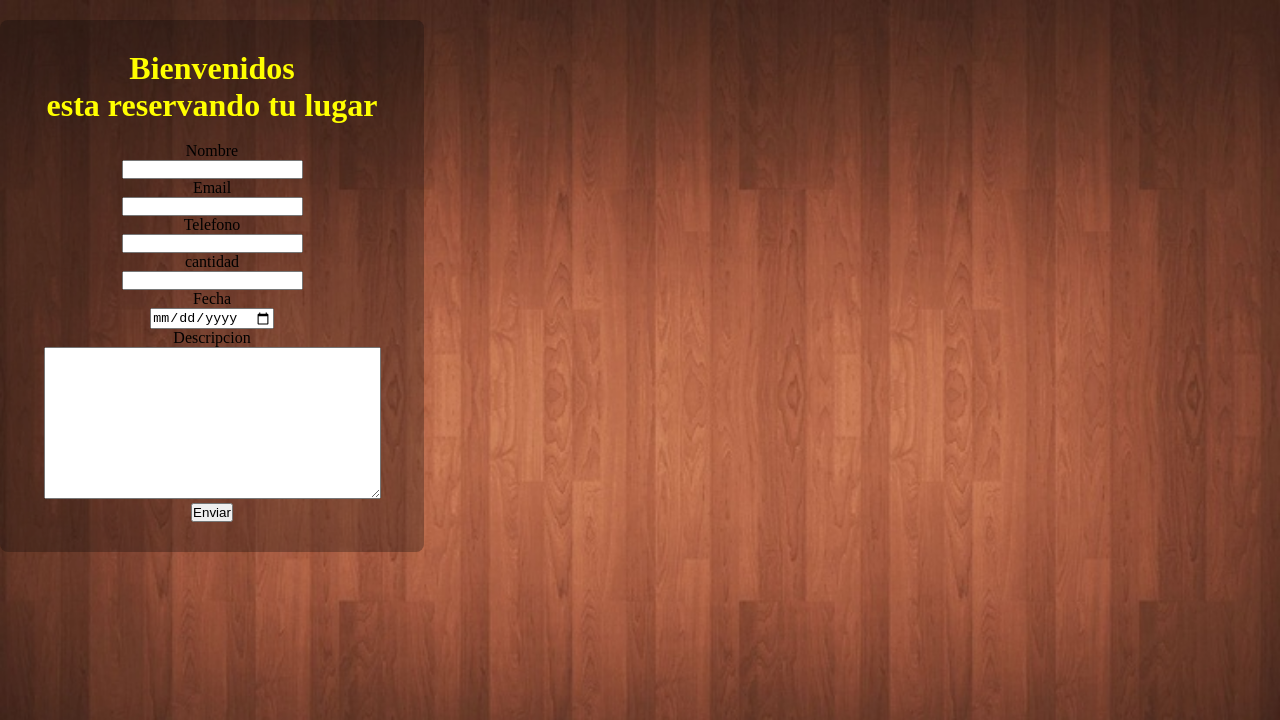
Repository: ye909/aplicacion_restaurante
Page: public/templeis/reserva.html
The author's editor kept a copy of each file at every save. The page is drawn from the files as they stood at one save, then again after the next save.
The browser window is 1280 px wide. The pictures show the whole page.

Above is the page before, as saved 2024-10-30 22:46:33.

### public/templeis/reserva.html
<!DOCTYPE html>
<html lang="en">

<head>
    <meta charset="UTF-8">
    <meta name="viewport" content="width=device-width, initial-scale=1.0">
    <link rel="stylesheet" href="../css/reserva.css">
    <title>Document</title>
</head>

<body>


    <div class="container">


        <div class="container_rererva">

            <form action="">
                <h1>Bienvenidos <br>esta reservando tu lugar</h1><br>
                <label for="">Nombre </label><br>
                <input type="text" required>

                <br>
                <label for="">Email<br>
                    <input type="text">
                </label>
                <br>
                <label for="">Telefono<br>
                    <input type="text" required>
                </label>
                <br>
                <label for="">cantidad<br>
                    <input type="number">
                </label>
                <br>
                <label for="">Fecha<br>
                    <input type="date">
                </label>
                <br>
                <label for="">Descripcion<br>
                    <textarea name="" id="" cols="40" rows="10"></textarea>
                </label>
                <br>

                <button class="submit-button">Enviar</button>
            </form>
        </div>
    </div>

</body>

</html>

### public/css/reserva.css


*{
    margin: 0;
    padding: 0;
}
    body{
    background-image:url(/public/imagen/fondo_card.jpg);
    background-repeat:no-repeat;
    box-sizing:border-box;
    background-attachment: fixed;
    background-size:100%;
}
.container {
  margin-top: 20px;
  width: 30%;
  background-color: white;
  padding: 20px;
  border-radius: 8px;
  background:rgba(14, 13, 13,0.3);
  /* display: none; */
}
.container_rererva{
  text-align: center;
  padding: 10px;
}

h1{
  color:yellow;
}






textarea {
  resize: vertical;
}







/* .container_fondo{

    display: flex;
    justify-content: space-around;
    align-items: center;
    flex-direction: row;
    flex-wrap: wrap;
    margin-right: 20px;
    }

  .title {
    text-align: center;
    font-size: 24px;
    margin-bottom: 20px;
  }

  .form-group {
    margin-bottom: 15px;
  }

  label { */
    /* display: block; */
    /* margin-bottom: 5px; */
    /* color:white;
    font-size: 15px;
  }
  input, textarea {
    width: 90%;
    padding: 10px;
    border: 1px solid #ccc;
    border-radius: 4px;
  }
  .inline-group {
    display: flex;
    gap: 10px;

  }
  .inline-group > div {
    width: 46%;
  }



  .submit-button {
    width: 45%;
    padding: 6px;
    background-color: transparent;
    color: white;
    border: none;
    border-radius: 4px;
    font-size: 16px;
    cursor: pointer;
    border:1px solid black;

    border-radius:6px;
  }

  .submit-button:hover {
    background-color: black;
    box-shadow: 1px 1px 1px #0056b3;
  }
  input:focus{
    outline: none;
    }
    select{
        padding: 4px;

    }
    .texto_reserva img{
      object-fit: cover;
      width: 20%;
   animation: animacionglobo 2s 2 linear;
    }
@keyframes animacionglobo {
  from{
opacity: 1;
  }to{
    transform:rotate(360deg);
  }
}
    .texto_reserva{
      display: none;
      width: 40%;
      top: 100px;
      position: fixed;
      text-align: center;
      background:rgba(252, 249, 249,0.4);
      z-index: 22;
      text-wrap:balance;
      line-height: 2;
   border-radius: 10px ;
   animation: animacion 2s  1;

    }
    @keyframes animacion{
from{
  opacity: 0;
  transform: translateY(-400px);
}to{
  opacity: 1;
}
  }


    }
    .texto_reserva div{
      display: flex;
      justify-content: flex-end;
      font-size: 24px;
      color:red;
      margin: -10px 5px;
      cursor: pointer;
    }
    .texto_reserva p{
      width: 96%;
      margin: 10px;
      padding: 10px;
      font-size: 20px;
    }

    .info{

      font-size: 20px;
  margin-left: 60px;

  }
 */

After the next save:
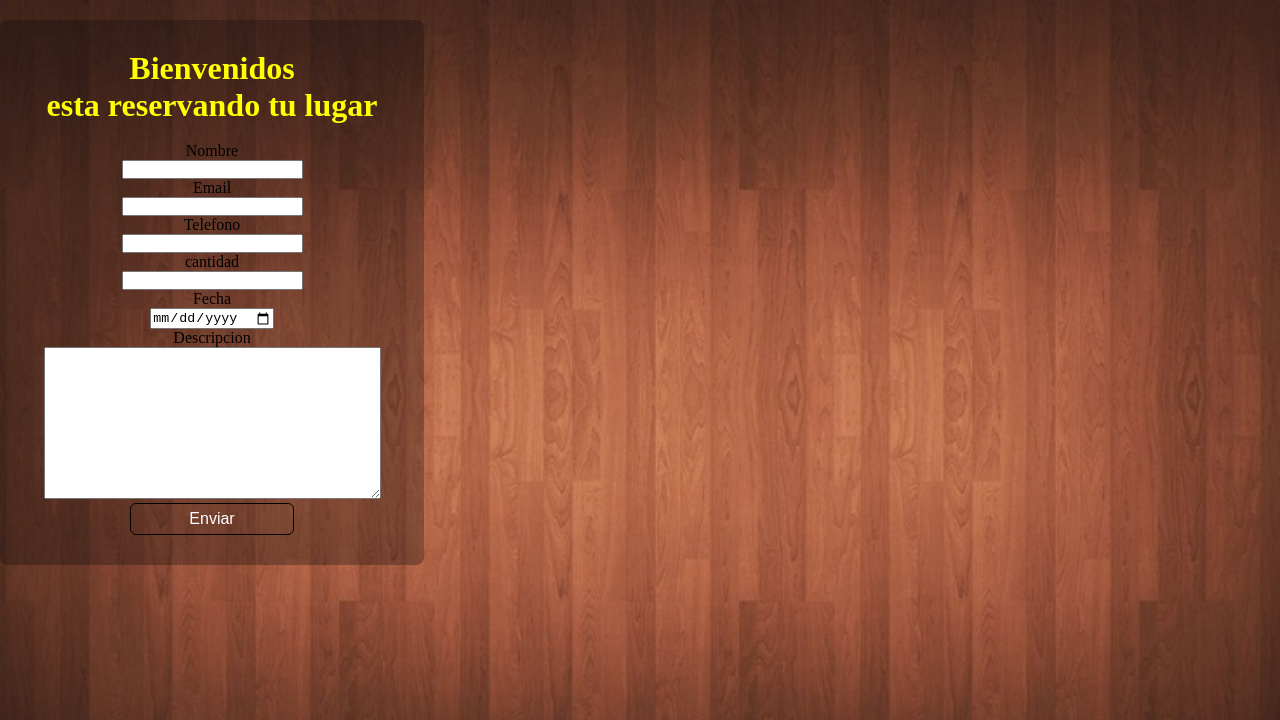
Saved 8 s later.
--- a/public/css/reserva.css
+++ b/public/css/reserva.css
@@ -41,6 +41,24 @@ textarea {
 
 
 
+.submit-button {
+  width: 45%;
+  padding: 6px;
+  background-color: transparent;
+  color: white;
+  border: none;
+  border-radius: 4px;
+  font-size: 16px;
+  cursor: pointer;
+  border:1px solid black;
+
+  border-radius:6px;
+}
+
+.submit-button:hover {
+  background-color: black;
+  box-shadow: 1px 1px 1px #0056b3;
+}
 
 
 
@@ -87,24 +105,6 @@ textarea {
 
 
 
-  .submit-button {
-    width: 45%;
-    padding: 6px;
-    background-color: transparent;
-    color: white;
-    border: none;
-    border-radius: 4px;
-    font-size: 16px;
-    cursor: pointer;
-    border:1px solid black;
-
-    border-radius:6px;
-  }
-
-  .submit-button:hover {
-    background-color: black;
-    box-shadow: 1px 1px 1px #0056b3;
-  }
   input:focus{
     outline: none;
     }
